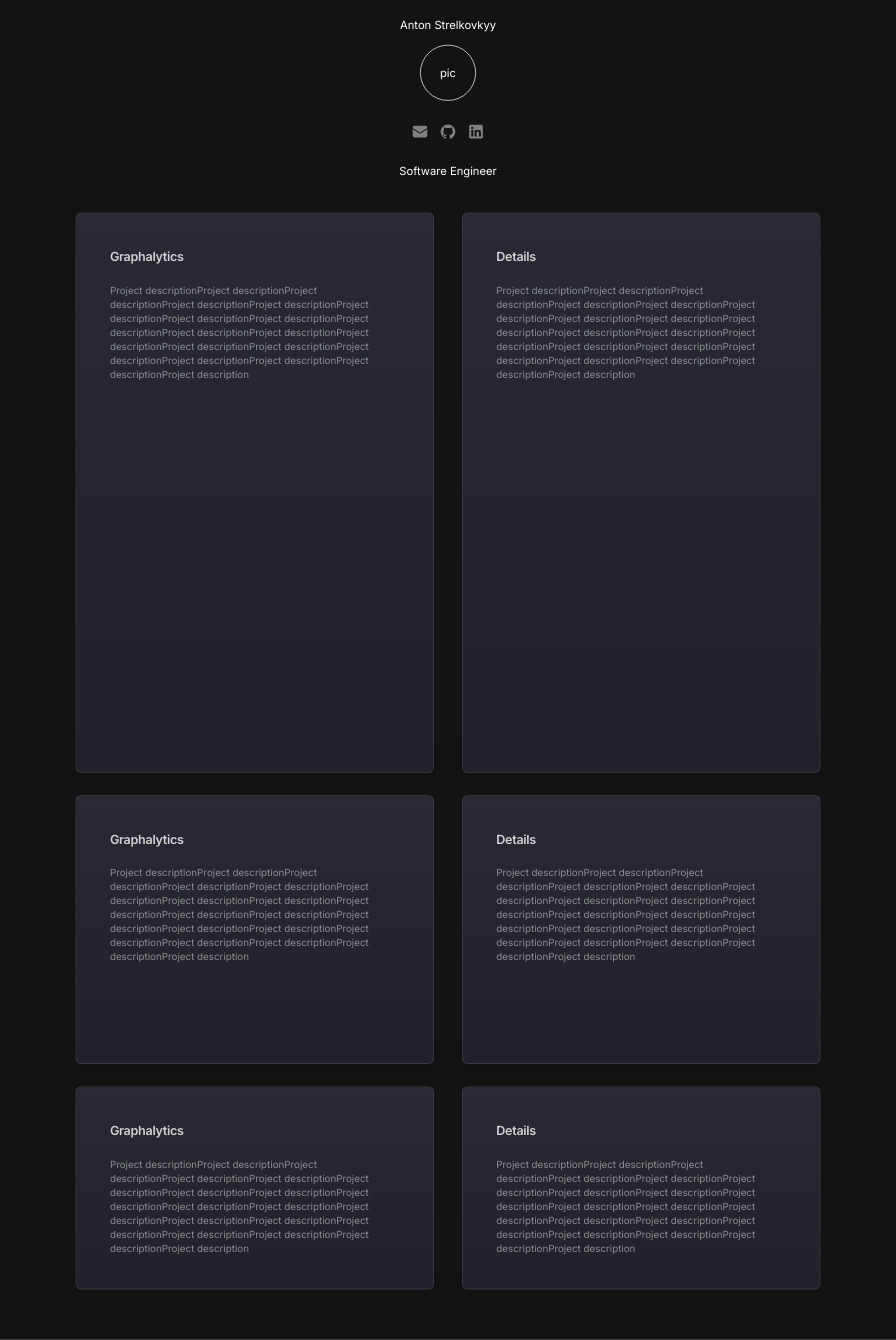
Repository: Fortivera/Anton
Page: /
An editor plug-in stored every save of this project. The page is shown before and after the next save, followed by the edit.
The browser window is 1280 px wide. The pictures show the whole page, at 70% of full size.
The project was rebuilt for these pictures with package versions that can differ from the ones it lists, and the page was loaded fresh each time. The framework's server and built-in components were replaced by stand-ins that run in the browser. Also part of the build but not shown: next.config.mjs.

Above is the page before, as saved 2024-05-02 16:07:01.

### app/layout.tsx
import type { Metadata } from "next";
import { Inter } from "next/font/google";
import "./globals.css";
import { cn } from "@/lib/utils"

const inter = Inter({ subsets: ["latin"] });

export const metadata: Metadata = {
  title: "Create Next App",
  description: "Generated by create next app",
};

export default function RootLayout({
  children,
}: Readonly<{
  children: React.ReactNode;
}>) {
  return (
    <html lang="en">
      <body className={cn(
          "min-h-screen bg-[#c2b3b3] font-sans antialiased",
          inter.className
        )}>{children}</body>
    </html>
  );
}

### app/page.tsx
import Footer from "@/components/Footer";
import Header from "@/components/Header";
import {
  Card,
  CardContent,
  CardDescription,
  CardFooter,
  CardHeader,
  CardTitle,
} from "@/components/ui/card"
import GlassyComponent from "@/components/ui/glasscard";
import Image from "next/image";

export default function Home() {
  return (
    <div className="min-h-screen w-full flex flex-col text-white text-base">
      {/* <Header /> */}
      <main className="flex flex-col bg-[#131313] w-full mx-auto p-6 flex-grow">
        <section id="about_me" className="container mx-auto px-4">
          <div className="flex flex-col items-center space-y-4">
            <p>Anton Strelkovkyy</p>
            <div className="flex justify-center items-center rounded-full border border-white h-20 w-20">pic</div>
            <Footer />
            <p className="flex justify-center items-center w-[30rem]">Software Engineer</p>
          </div>
        </section>
        <section className="hidden sm:grid grid-cols-1 gap-8 justify-items-center py-12" id="projects">
          <div className="flex flex-row space-x-10">
            <Card className="max-w-lg h-[50rem] relative p-6 border rounded-lg bg-opacity-10 bg-[#9d94e9] border-[#60647872] bg-gradient-to-b from-[#35374366] to-[#24212b65]">
              <CardHeader>
                <CardTitle className="text-lg font-semibold text-[#D1D1D2]">Graphalytics</CardTitle>
              </CardHeader>
              <CardContent className="text-[#8b8f8f]">
                <CardDescription>
                  Project descriptionProject descriptionProject descriptionProject descriptionProject descriptionProject descriptionProject descriptionProject descriptionProject descriptionProject descriptionProject descriptionProject descriptionProject descriptionProject descriptionProject descriptionProject descriptionProject descriptionProject descriptionProject description
                </CardDescription>
              </CardContent>
            </Card>
            <Card className="max-w-lg relative p-6 border rounded-lg bg-opacity-10 bg-[#9d94e9] border-[#60647872] bg-gradient-to-b from-[#35374366] to-[#24212b65]">
              <CardHeader>
                <CardTitle className="text-lg font-semibold text-[#D1D1D2]">Details</CardTitle>
              </CardHeader>
              <CardContent className="text-[#8b8f8f]">
                <CardDescription>
                  Project descriptionProject descriptionProject descriptionProject descriptionProject descriptionProject descriptionProject descriptionProject descriptionProject descriptionProject descriptionProject descriptionProject descriptionProject descriptionProject descriptionProject descriptionProject descriptionProject descriptionProject descriptionProject description
                </CardDescription>
              </CardContent>
            </Card>

          </div>
          <div className="flex flex-col sm:flex-row space-x-10">
            <Card className="max-w-lg h-96 relative p-6 border rounded-lg bg-opacity-10 bg-[#9d94e9] border-[#60647872] bg-gradient-to-b from-[#35374366] to-[#24212b65] overflow-y-auto">
              <CardHeader>
                <CardTitle className="text-lg font-semibold text-[#D1D1D2]">Graphalytics</CardTitle>
              </CardHeader>
              <CardContent className="text-[#8b8f8f]">
                <CardDescription>
                  Project descriptionProject descriptionProject descriptionProject descriptionProject descriptionProject descriptionProject descriptionProject descriptionProject descriptionProject descriptionProject descriptionProject descriptionProject descriptionProject descriptionProject descriptionProject descriptionProject descriptionProject descriptionProject description
                </CardDescription>
              </CardContent>
            </Card>
            <Card className="max-w-lg relative p-6 border rounded-lg bg-opacity-10 bg-[#9d94e9] border-[#60647872] bg-gradient-to-b from-[#35374366] to-[#24212b65]">
              <CardHeader>
                <CardTitle className="text-lg font-semibold text-[#D1D1D2]">Details</CardTitle>
              </CardHeader>
              <CardContent className="text-[#8b8f8f]">
                <CardDescription>
                  Project descriptionProject descriptionProject descriptionProject descriptionProject descriptionProject descriptionProject descriptionProject descriptionProject descriptionProject descriptionProject descriptionProject descriptionProject descriptionProject descriptionProject descriptionProject descriptionProject descriptionProject descriptionProject description
                </CardDescription>
              </CardContent>
            </Card>

          </div>
          <div className="flex flex-col sm:flex-row space-x-10">
            <Card className="max-w-lg relative p-6 border rounded-lg bg-opacity-10 bg-[#9d94e9] border-[#60647872] bg-gradient-to-b from-[#35374366] to-[#24212b65]">
              <CardHeader>
                <CardTitle className="text-lg font-semibold text-[#D1D1D2]">Graphalytics</CardTitle>
              </CardHeader>
              <CardContent className="text-[#8b8f8f]">
                <CardDescription>
                  Project descriptionProject descriptionProject descriptionProject descriptionProject descriptionProject descriptionProject descriptionProject descriptionProject descriptionProject descriptionProject descriptionProject descriptionProject descriptionProject descriptionProject descriptionProject descriptionProject descriptionProject descriptionProject description
                </CardDescription>
              </CardContent>
            </Card>
            <Card className="max-w-lg relative p-6 border rounded-lg bg-opacity-10 bg-[#9d94e9] border-[#60647872] bg-gradient-to-b from-[#35374366] to-[#24212b65]">
              <CardHeader>
                <CardTitle className="text-lg font-semibold text-[#D1D1D2]">Details</CardTitle>
              </CardHeader>
              <CardContent className="text-[#8b8f8f]">
                <CardDescription>
                  Project descriptionProject descriptionProject descriptionProject descriptionProject descriptionProject descriptionProject descriptionProject descriptionProject descriptionProject descriptionProject descriptionProject descriptionProject descriptionProject descriptionProject descriptionProject descriptionProject descriptionProject descriptionProject description
                </CardDescription>
              </CardContent>
            </Card>

          </div>
        </section>
        {/* mobile view */}
        <section className="sm:hidden grid grid-cols-1 gap-8 justify-items-center py-12" id="projects">
          <div className="flex flex-row space-x-10">
            <Card className="max-w-lg relative p-6 border rounded-lg overflow-y-auto bg-opacity-10 bg-[#9d94e9] border-[#60647872] bg-gradient-to-b from-[#35374366] to-[#24212b65]">
              <CardHeader>
                <CardTitle className="text-lg font-semibold text-[#D1D1D2]">Graphalytics</CardTitle>
              </CardHeader>
              <CardContent className="text-[#8b8f8f]">
                <CardDescription>
                  Project descriptionProject descriptionProject descriptionProject descriptionProject descriptionProject descriptionProject descriptionProject descriptionProject descriptionProject descriptionProject descriptionProject descriptionProject descriptionProject descriptionProject descriptionProject descriptionProject descriptionProject descriptionProject description
                </CardDescription>
              </CardContent>
            </Card>
          </div>
          <div className="flex flex-col sm:flex-row space-x-10">
            <Card className="max-w-lg relative p-6 border rounded-lg bg-opacity-10 bg-[#9d94e9] border-[#60647872] bg-gradient-to-b from-[#35374366] to-[#24212b65]">
              <CardHeader>
                <CardTitle className="text-lg font-semibold text-[#D1D1D2]">Graphalytics</CardTitle>
              </CardHeader>
              <CardContent className="text-[#8b8f8f]">
                <CardDescription>
                  Project descriptionProject descriptionProject descriptionProject descriptionProject descriptionProject descriptionProject descriptionProject descriptionProject descriptionProject descriptionProject descriptionProject descriptionProject descriptionProject descriptionProject descriptionProject descriptionProject descriptionProject descriptionProject description
                </CardDescription>
              </CardContent>
            </Card>
          </div>
          <div className="flex flex-col sm:flex-row space-x-10">
            <Card className="max-w-lg relative p-6 border rounded-lg bg-opacity-10 bg-[#9d94e9] border-[#60647872] bg-gradient-to-b from-[#35374366] to-[#24212b65]">
              <CardHeader>
                <CardTitle className="text-lg font-semibold text-[#D1D1D2]">Graphalytics</CardTitle>
              </CardHeader>
              <CardContent className="text-[#8b8f8f]">
                <CardDescription>
                  Project descriptionProject descriptionProject descriptionProject descriptionProject descriptionProject descriptionProject descriptionProject descriptionProject descriptionProject descriptionProject descriptionProject descriptionProject descriptionProject descriptionProject descriptionProject descriptionProject descriptionProject descriptionProject description
                </CardDescription>
              </CardContent>
            </Card>
          </div>
        </section>
      </main>


    </div>
  );
}

### components/Footer.tsx
import Image from "next/image"


export default function Footer() {
    return (
        <footer className="flex justify-center gap-4 h-14 p- bg-[#131313]">
            <Image src="/mail.svg" alt={"Email"} width={24} height={24} />
            <Image src="/github.svg" alt={"GitHub"} width={24} height={24} />
            <Image src="/linkedin.svg" alt={"Linkedin"} width={24} height={24} />
        </footer>
    )
}

### components/ui/card.tsx
import * as React from "react"

import { cn } from "@/lib/utils"

const Card = React.forwardRef<
  HTMLDivElement,
  React.HTMLAttributes<HTMLDivElement>
>(({ className, ...props }, ref) => (
  <div
    ref={ref}
    className={cn(
      "rounded-xl border bg-card text-card-foreground shadow",
      className
    )}
    {...props}
  />
))
Card.displayName = "Card"

const CardHeader = React.forwardRef<
  HTMLDivElement,
  React.HTMLAttributes<HTMLDivElement>
>(({ className, ...props }, ref) => (
  <div
    ref={ref}
    className={cn("flex flex-col space-y-1.5 p-6", className)}
    {...props}
  />
))
CardHeader.displayName = "CardHeader"

const CardTitle = React.forwardRef<
  HTMLParagraphElement,
  React.HTMLAttributes<HTMLHeadingElement>
>(({ className, ...props }, ref) => (
  <h3
    ref={ref}
    className={cn("font-semibold leading-none tracking-tight", className)}
    {...props}
  />
))
CardTitle.displayName = "CardTitle"

const CardDescription = React.forwardRef<
  HTMLParagraphElement,
  React.HTMLAttributes<HTMLParagraphElement>
>(({ className, ...props }, ref) => (
  <p
    ref={ref}
    className={cn("text-sm text-muted-foreground", className)}
    {...props}
  />
))
CardDescription.displayName = "CardDescription"

const CardContent = React.forwardRef<
  HTMLDivElement,
  React.HTMLAttributes<HTMLDivElement>
>(({ className, ...props }, ref) => (
  <div ref={ref} className={cn("p-6 pt-0", className)} {...props} />
))
CardContent.displayName = "CardContent"

const CardFooter = React.forwardRef<
  HTMLDivElement,
  React.HTMLAttributes<HTMLDivElement>
>(({ className, ...props }, ref) => (
  <div
    ref={ref}
    className={cn("flex items-center p-6 pt-0", className)}
    {...props}
  />
))
CardFooter.displayName = "CardFooter"

export { Card, CardHeader, CardFooter, CardTitle, CardDescription, CardContent }

### tailwind.config.ts
import type { Config } from "tailwindcss"

const config = {
  darkMode: ["class"],
  content: [
    './pages/**/*.{ts,tsx}',
    './components/**/*.{ts,tsx}',
    './app/**/*.{ts,tsx}',
    './src/**/*.{ts,tsx}',
  ],
  prefix: "",
  theme: {
    container: {
      center: true,
      padding: "2rem",
      screens: {
        "2xl": "1400px",
      },
    },
    extend: {
      keyframes: {
        "accordion-down": {
          from: { height: "0" },
          to: { height: "var(--radix-accordion-content-height)" },
        },
        "accordion-up": {
          from: { height: "var(--radix-accordion-content-height)" },
          to: { height: "0" },
        },
      },
      animation: {
        "accordion-down": "accordion-down 0.2s ease-out",
        "accordion-up": "accordion-up 0.2s ease-out",
      },
    },
  },
  plugins: [
    require("tailwindcss-animate"),
    require('@tailwindcss/typography'),
  ],
} satisfies Config

export default config

Loaded but not shown: app/globals.css (common file); lib/utils.ts (common file)

After the next save:
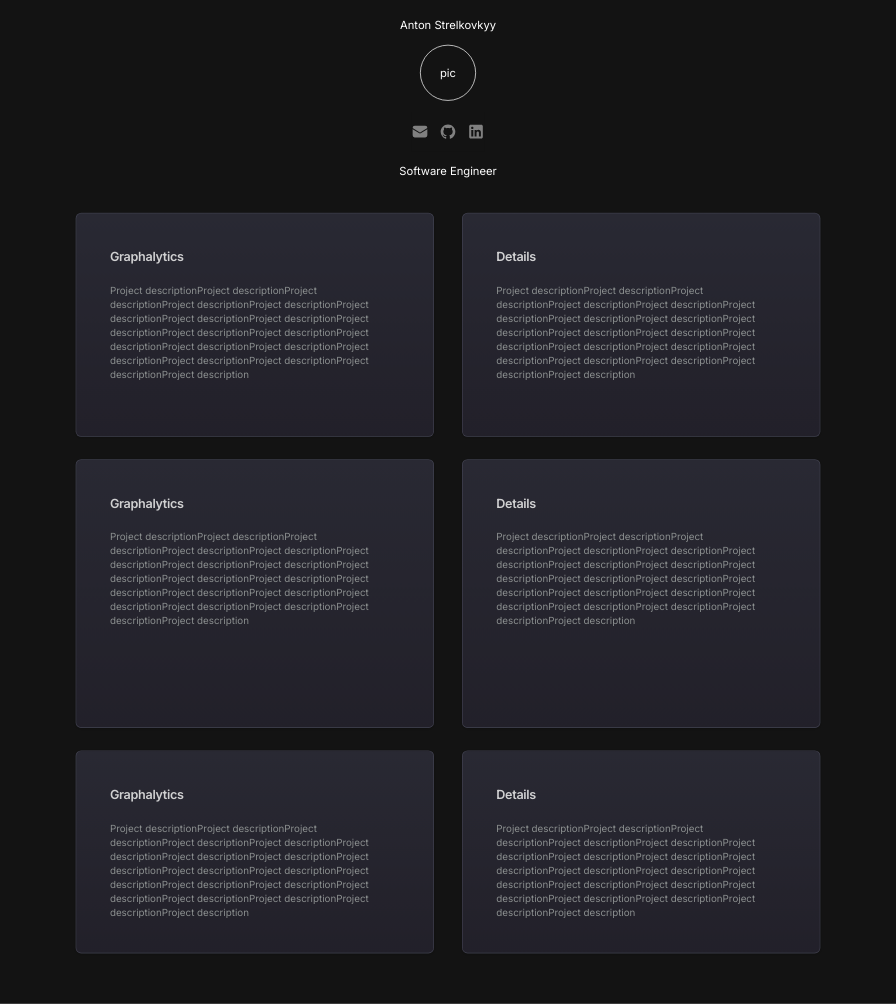
Saved 6 s later.
--- a/app/page.tsx
+++ b/app/page.tsx
@@ -26,7 +26,7 @@ export default function Home() {
         </section>
         <section className="hidden sm:grid grid-cols-1 gap-8 justify-items-center py-12" id="projects">
           <div className="flex flex-row space-x-10">
-            <Card className="max-w-lg h-[50rem] relative p-6 border rounded-lg bg-opacity-10 bg-[#9d94e9] border-[#60647872] bg-gradient-to-b from-[#35374366] to-[#24212b65]">
+            <Card className="max-w-lg h-[20rem] relative p-6 border rounded-lg bg-opacity-10 bg-[#9d94e9] border-[#60647872] bg-gradient-to-b from-[#35374366] to-[#24212b65]">
               <CardHeader>
                 <CardTitle className="text-lg font-semibold text-[#D1D1D2]">Graphalytics</CardTitle>
               </CardHeader>
